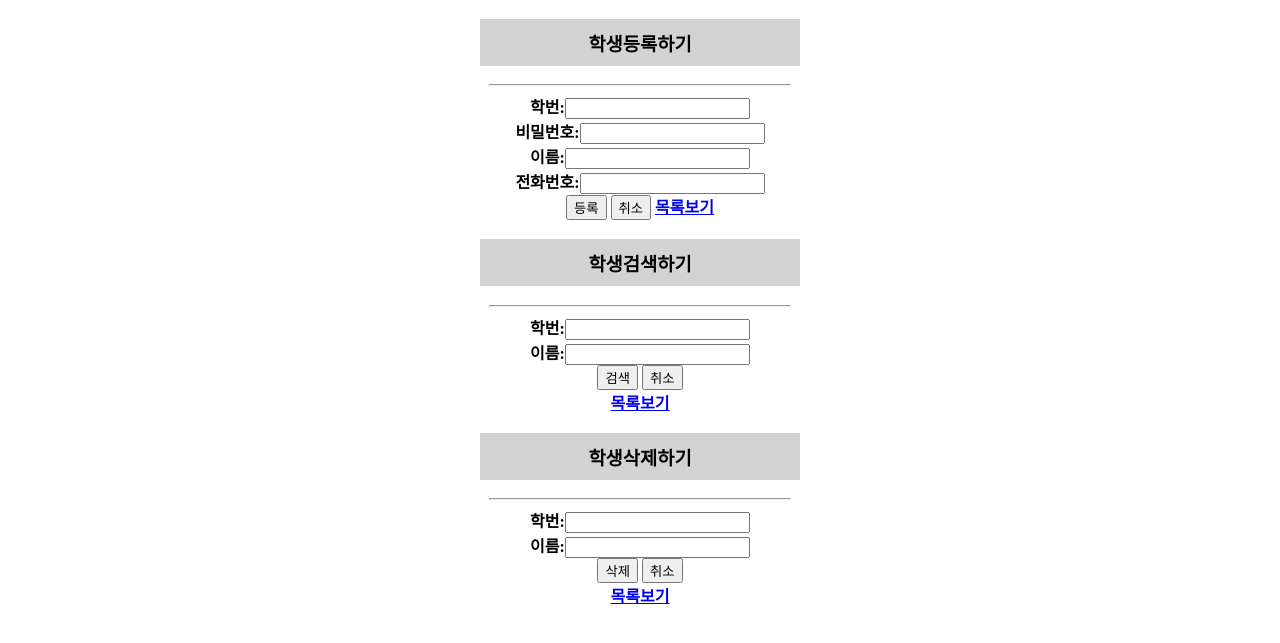
Repository: jiyun1615/bit_java_webProgramming
Page: http://localhost/mvc1_Student/student_2.jsp
An editor plug-in stored every save of this project. The page is shown before and after the next save, followed by the edit.
The browser window is 1280 px wide. The pictures show the whole page.
The page is served by Tomcat 9.

Above is the page before, as saved 2022-01-25 02:19:55.

After the next save:
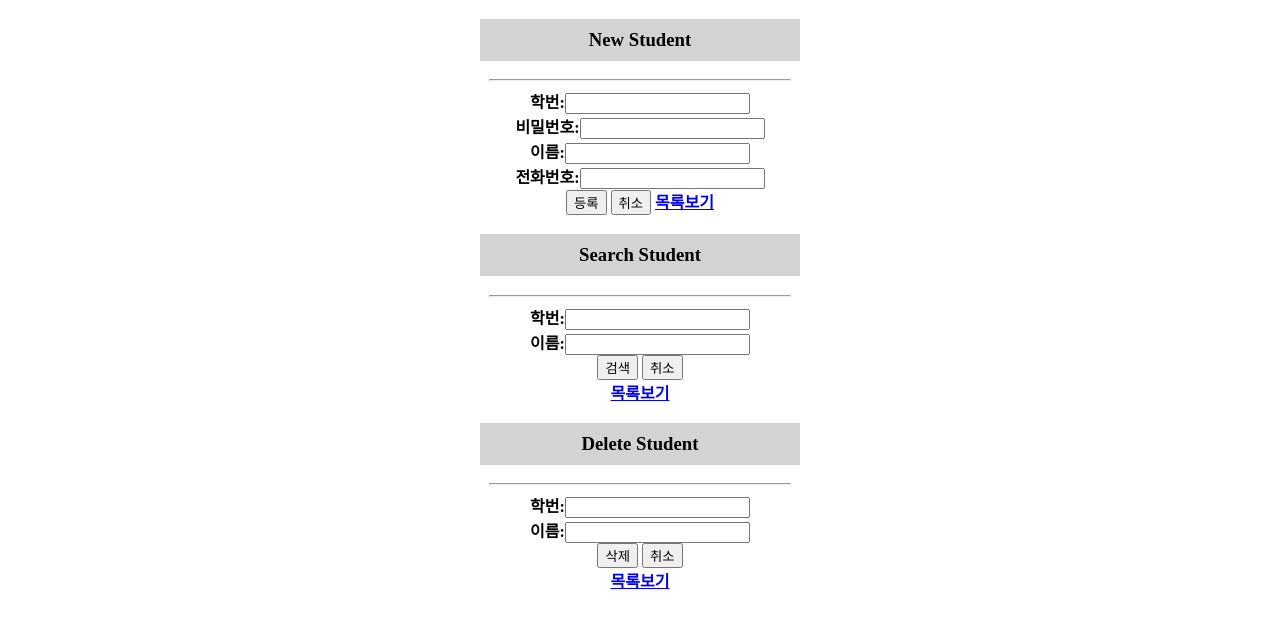
Saved 19 s later.
--- a/0125/mvc1_Student/src/main/webapp/student_2.jsp
+++ b/0125/mvc1_Student/src/main/webapp/student_2.jsp
@@ -17,7 +17,7 @@ h3 {
 <body>
 	<center>
 		<b>
-			<h3>학생등록하기</h3>
+			<h3>New Student</h3>
 			<hr width=300>
 			<form action="insert2.jsp">
 				학번:<input type="text" name="no" /><br> 비밀번호:<input type="text"
@@ -27,14 +27,14 @@ h3 {
 			</form>
 
 			<form action="find2.jsp">
-				<h3>학생검색하기</h3>
+				<h3>Search Student</h3>
 				<hr width=300>
 				학번:<input type="text" name="no" /><br> 이름:<input type="text"
 					name="name" /><br> <input type="submit" value="검색" /> <input
 					type="reset" value="취소" />
 			</form> <a href="list.jsp">목록보기</a>
 
-			<h3>학생삭제하기</h3>
+			<h3>Delete Student</h3>
 			<hr width=300>
 			<form action="delete2.jsp">
 				학번:<input type="text" name="no" /><br> 이름:<input type="text"
